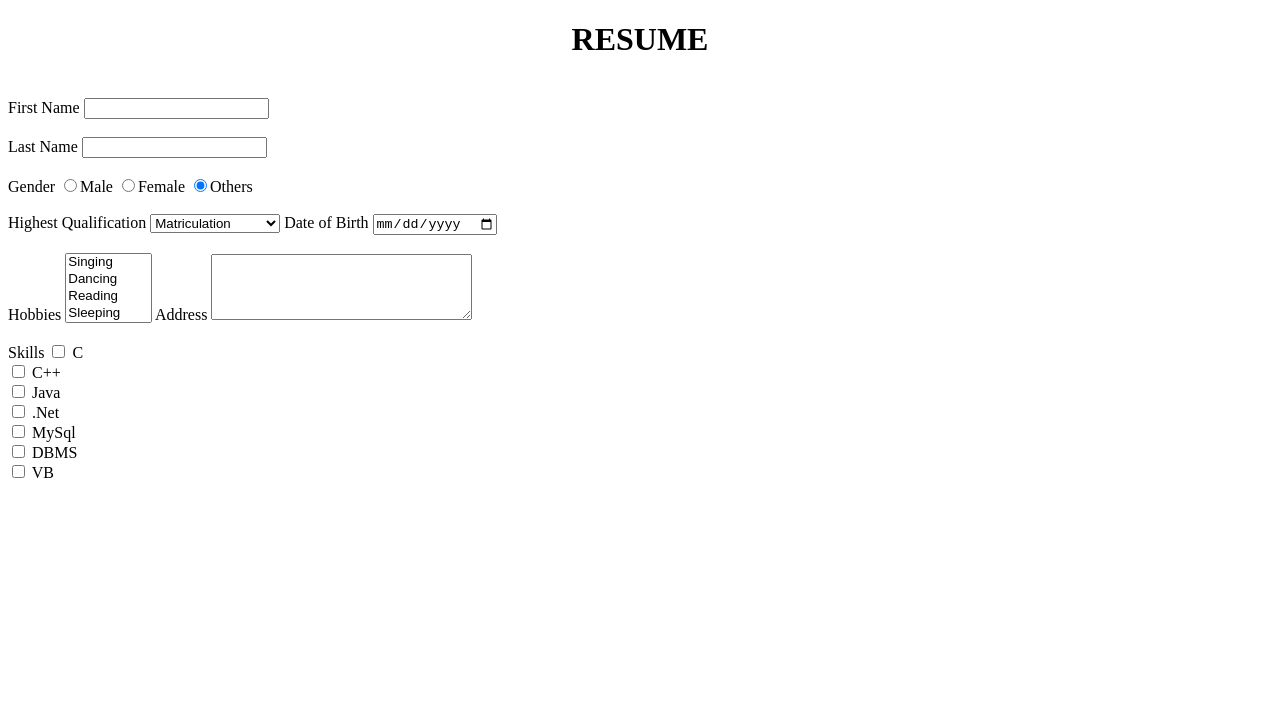
Repository: Rccalfa123/JEE
Page: MyFirstServlet/WebContent/Resume.html
An editor plug-in stored every save of this project. The page is shown before and after the next save, followed by the edit.
The browser window is 1280 px wide. The pictures show the whole page.

Above is the page before, as saved 2018-08-07 08:23:52.

### MyFirstServlet/WebContent/Resume.html
<!DOCTYPE html>
<html>
<head>
<meta charset="ISO-8859-1">
<title>Resume</title>
</head>
<body>
   <form action="ms1.java" method="get">
   <h1 align="center"> RESUME </h1><br>

   First Name <input type="text" name="fname"><br><br>

   Last Name  <input type="text" name="lname"><br><br>

   Gender <input type="radio" name = "gender" value="male" checked="checked">Male
   		  <input type="radio" name = "gender" value="female" checked="checked">Female
   		  <input type="radio" name = "gender" value="others" checked="checked">Others<br><br>

   Highest Qualification <select name = "Qualification">
            <option value="matriculation">Matriculation</option>
            <option value="intermediate">Intermediate</option>
            <option value="bachaolor_degree">Bachaelor Degree</option>
            <option value="masters">Masters</option> <br><br>

   			</select>

   Date of Birth <input type="date" name="dob"> <br><br>

   Hobbies <select multiple  name = "hobbies">
            <option value="singing">Singing</option>
            <option value="dancing">Dancing</option>
            <option value="reading">Reading</option>
            <option value="sleeping">Sleeping</option>
            <option value="eating">Eating</option>
            <option value="video_games">Video Games</option> <br><br>

   			</select>

   Address <textarea name="address"   rows="4" cols="30"></textarea><br><br>

   Skills    <input type="checkbox" name="skills" value="c"> C <br>
   			 <input type="checkbox" name="skills" value="c"> C++ <br>
   			 <input type="checkbox" name="skills" value="c"> Java <br>
  			 <input type="checkbox" name="skills" value="c"> .Net <br>
  			 <input type="checkbox" name="skills" value="c"> MySql <br>
   			 <input type="checkbox" name="skills" value="c"> DBMS <br>
   			 <input type="checkbox" name="skills" value="c"> VB <br>

   </form>


</body>
</html>

After the next save:
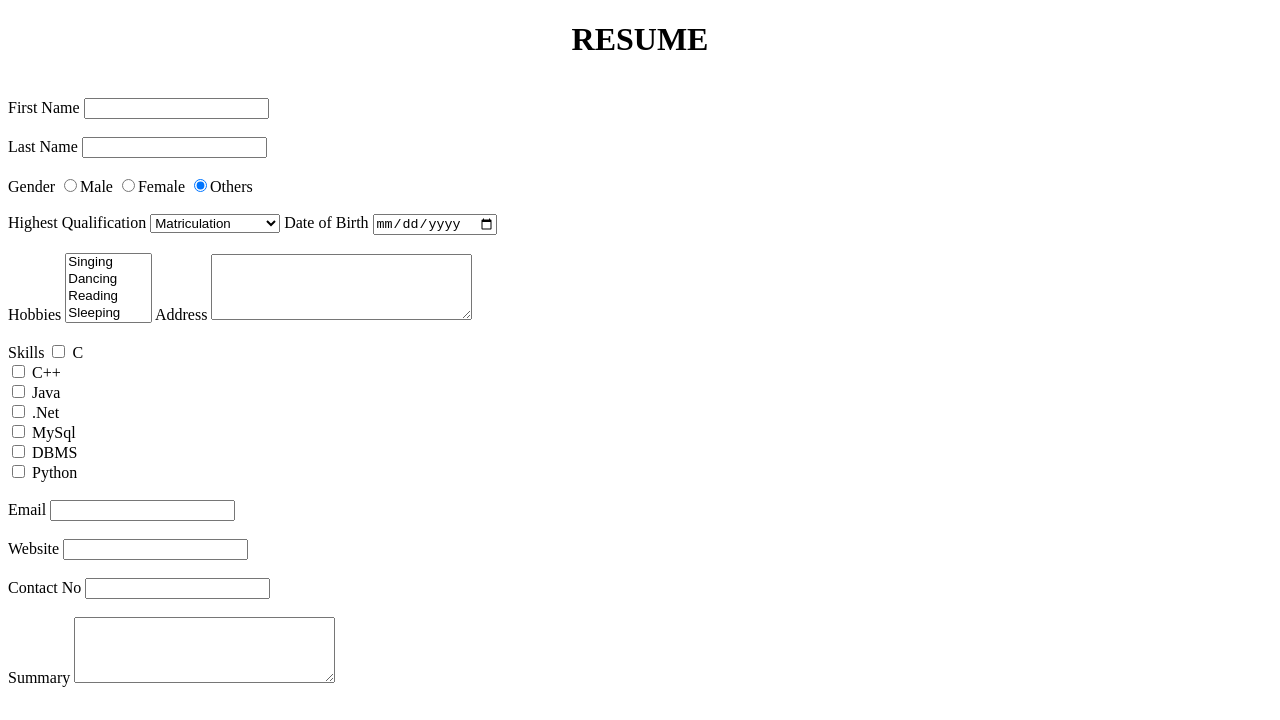
Saved 4 min 32 s later.
--- a/MyFirstServlet/WebContent/Resume.html
+++ b/MyFirstServlet/WebContent/Resume.html
@@ -39,12 +39,20 @@
    Address <textarea name="address"   rows="4" cols="30"></textarea><br><br>
 
    Skills    <input type="checkbox" name="skills" value="c"> C <br>
-   			 <input type="checkbox" name="skills" value="c"> C++ <br>
-   			 <input type="checkbox" name="skills" value="c"> Java <br>
-  			 <input type="checkbox" name="skills" value="c"> .Net <br>
-  			 <input type="checkbox" name="skills" value="c"> MySql <br>
-   			 <input type="checkbox" name="skills" value="c"> DBMS <br>
-   			 <input type="checkbox" name="skills" value="c"> VB <br>
+   			 <input type="checkbox" name="skills" value="c++"> C++ <br>
+   			 <input type="checkbox" name="skills" value="java"> Java <br>
+  			 <input type="checkbox" name="skills" value=".net"> .Net <br>
+  			 <input type="checkbox" name="skills" value="mysql"> MySql <br>
+   			 <input type="checkbox" name="skills" value="dbms"> DBMS <br>
+   			 <input type="checkbox" name="skills" value="python"> Python <br><br>
+
+  Email    <input type="email"  name="email"> <br><br>
+
+  Website  <input type="url" name="website"><br><br>
+
+  Contact No <input type="text" name="contact_no"> <br><br>
+
+  Summary  <textarea name="summary"   rows="4" cols="30"></textarea><br><br>
 
    </form>
 
